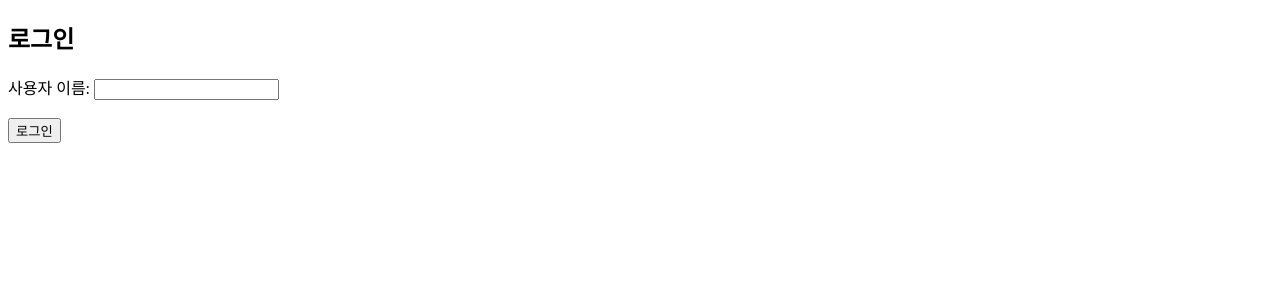
Repository: topblame/Bootcamp
Page: http://localhost/JSP_250408/chapter01/07_productlogin.jsp
The author's editor kept a copy of each file at every save. The page is drawn from the files as they stood at one save, then again after the next save.
The browser window is 1280 px wide. The pictures show the whole page.
The page is served by Tomcat 9. Other server files are loaded and not shown.

Above is the page before, as saved 2025-06-25 00:53:38.

### WebMvc/JSP_250408/src/main/webapp/chapter01/07_productlogin.jsp
<%@ page language="java" contentType="text/html; charset=UTF-8"
    pageEncoding="UTF-8"%>
<!DOCTYPE html PUBLIC "-//W3C//DTD HTML 4.01 Transitional//EN" "http://www.w3.org/TR/html4/loose.dtd">
<html>
<head>
<meta http-equiv="Content-Type" content="text/html; charset=UTF-8">
<title>Insert title here</title>
</head>
<body>
	<div>
		<h2>로그인</h2>
		<form action="POST" action = "selectProduct.jsp">
			<label> 사용자 이름: </label>
			<input type ="text" name= "username" placeholer ="이름을 입력하세요" required /><br><br>
			<input type = "submit" value = "로그인" />
		</form>
	</div>
</body>
</html>

### WebMvc/JSP_250408/src/main/webapp/css/formcss.css
@charset "UTF-8";
body {
        font-family: Arial, sans-serif;
        background-color: #f4f4f9;
        margin: 0;
        padding: 0;
    }

    div {
        margin-top: 50px;
    }

    h2 {
        color: #333;
    }

    form {
        background-color: #fff;
        border: 1px solid #ddd;
        border-radius: 8px;
        padding: 20px;
        box-shadow: 0 4px 6px rgba(0, 0, 0, 0.1);
        width: 400px;
        margin: 0 auto;
    }

    table {
        width: 100%;
        border-collapse: collapse;
    }

    table td {
        padding: 10px;
        text-align: left;
        vertical-align: middle;
    }

    table td:first-child {
        font-weight: bold;
        color: #555;
        width: 30%;
    }

    input[type="text"], select {
        width: calc(100% - 10px);
        padding: 5px;
        font-size: 14px;
        border: 1px solid #ccc;
        border-radius: 4px;
    }

    input[type="checkbox"] {
        margin-right: 5px;
    }

    input[type="submit"], input[type="reset"] {
        background-color: #007BFF;
        color: white;
        border: none;
        border-radius: 4px;
        padding: 10px 15px;
        cursor: pointer;
        font-size: 14px;
    }

    input[type="submit"]:hover, input[type="reset"]:hover {
        background-color: #0056b3;
    }

    input[type="reset"] {
        background-color: #6c757d;
    }

    input[type="reset"]:hover {
        background-color: #5a6268;
    }

    hr {
        border: none;
        height: 1px;
        background-color: #ddd;
        margin: 20px 0;
    }

After the next save:
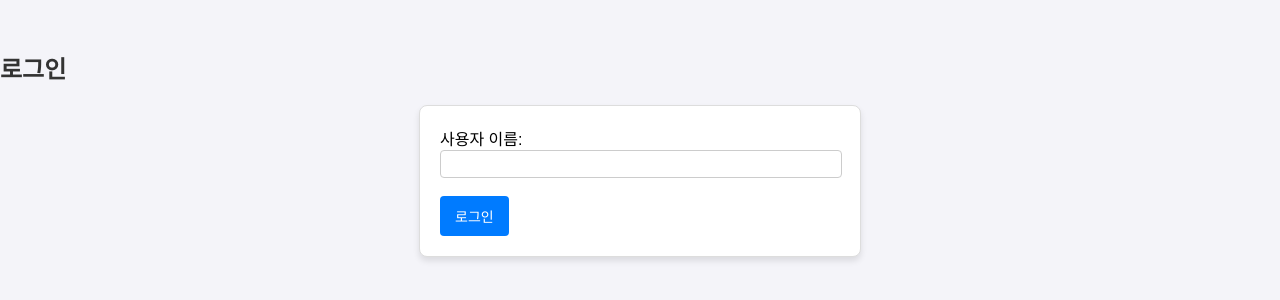
Saved 77 s later.
--- a/WebMvc/JSP_250408/src/main/webapp/chapter01/07_productlogin.jsp
+++ b/WebMvc/JSP_250408/src/main/webapp/chapter01/07_productlogin.jsp
@@ -5,6 +5,7 @@
 <head>
 <meta http-equiv="Content-Type" content="text/html; charset=UTF-8">
 <title>Insert title here</title>
+<link rel = "stylesheet" type = "text/css" href = "../css/formcss.css">
 </head>
 <body>
 	<div>
